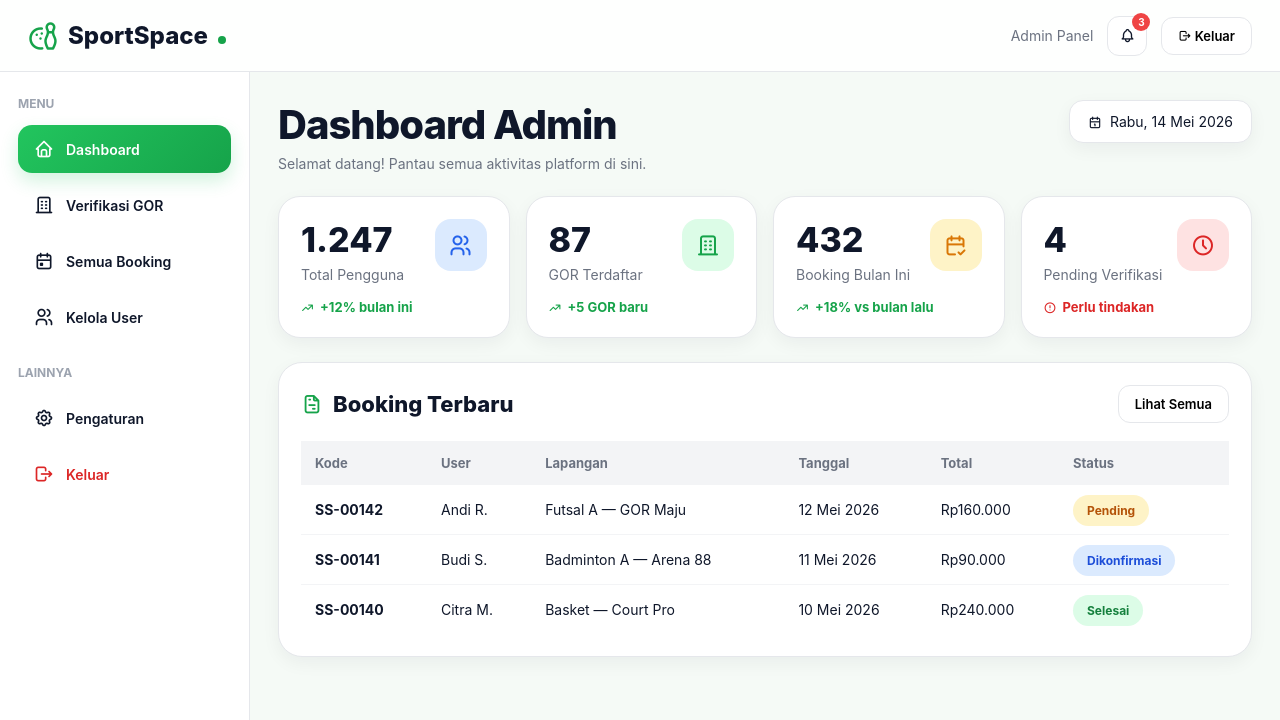
Repository: vira633/SportSpace
Page: dashboard-admin.html
These files come from the project's save history. The page is drawn as it stood at one moment and after the next save; the edit follows.
The browser window is 1280 px wide. The pictures show the whole page.
Some web libraries are served in a nearby version.

Above is the page before, as saved 2026-05-15 01:04:54.

### dashboard-admin.html
<!DOCTYPE html>
<html lang="id">
<head>
  <meta charset="UTF-8">
  <meta name="viewport" content="width=device-width, initial-scale=1.0">
  <title>Dashboard Admin — SportSpace</title>
  <link rel="stylesheet" href="admin.css">
  <link rel="stylesheet" href="https://cdn.jsdelivr.net/npm/@tabler/icons-webfont@3.31.0/dist/tabler-icons.min.css">
</head>

<body>

  <!-- TOAST NOTIFICATION -->
  <div id="toast" class="toast">
    <i class="ti ti-circle-check"></i>
    <span id="toastText">Berhasil!</span>
  </div>

  <!-- MODAL DETAIL USER -->
  <div class="modal-overlay" id="detailModal">
    <div class="detail-modal">
      <div class="modal-header">
        <h2>Detail User</h2>
        <button class="close-btn"
        onclick="closeDetailModal()">
          <i class="ti ti-x"></i>
        </button>

      </div>
      <div class="detail-content">
        <div class="detail-avatar">
          A
        </div>
        <h3>Riska Aprilia</h3>

        <p class="detail-role">
          User SportSpace
        </p>

        <div class="detail-list">
          <div class="detail-item">
            <span>Email</span>
            <strong>riska@gmail.com</strong>
          </div>

          <div class="detail-item">
            <span>No HP</span>
            <strong>0812-3456-7890</strong>
          </div>

          <div class="detail-item">
            <span>Status</span>
            <strong>Aktif</strong>
          </div>

          <div class="detail-item">
            <span>Bergabung</span>
            <strong>Januari 2026</strong>
          </div>
        </div>
      </div>
    </div>
  </div>

  <!-- NAVBAR -->
  <nav class="navbar">
    <a href="index.html" class="navbar-brand">
      <i class="ti ti-bowling"></i>
      <span>SportSpace</span>
      <div class="dot"></div>
    </a>

    <div class="navbar-actions">
      <span class="admin-text">
        Admin Panel
      </span>
      <div class="notif-container">

  <div class="notif" onclick="toggleNotif()">
    <i class="ti ti-bell"></i>
    <div class="notif-badge" id="notifBadge">
      3
    </div>
  </div>

  <div class="notif-dropdown"
  id="notifDropdown">

    <div class="notif-item">
      <i class="ti ti-building"></i>
      <span>
        GOR baru menunggu verifikasi
      </span>
    </div>

    <div class="notif-item">
      <i class="ti ti-calendar-event"></i>
      <span>
        Booking baru berhasil masuk
      </span>
    </div>

    <div class="notif-item">
      <i class="ti ti-users"></i>
      <span>
        Ada user baru terdaftar
      </span>
    </div>
  </div>
</div>

<a href="login.html">
  <button class="btn btn-outline btn-sm">
     <i class="ti ti-logout"></i>
     Keluar
    </button>
  </a>
 </div>
</nav>

  <!-- LAYOUT -->
   <div class="dashboard-layout">

    <!-- SIDEBAR -->
    <aside class="sidebar">
      <div>

        <div class="sidebar-section">
          MENU
        </div>

        <div class="sidebar-menu">

          <div class="sidebar-item active" onclick="showSection('dashboard', this)">
            <i class="ti ti-home"></i>
            <span>Dashboard</span>
          </div>

          <div class="sidebar-item"
          onclick="showSection('venue', this)">
            <i class="ti ti-building"></i>
            <span>Verifikasi GOR</span>
          </div>

          <div class="sidebar-item"
          onclick="showSection('booking', this)">
            <i class="ti ti-calendar-event"></i>
            <span>Semua Booking</span>
          </div>

          <div class="sidebar-item"
          onclick="showSection('user', this)">
            <i class="ti ti-users"></i>
            <span>Kelola User</span>
          </div>
        </div>

        <div class="sidebar-section extra">
          LAINNYA
        </div>

        <div class="sidebar-menu">

          <div class="sidebar-item"
          onclick="showSection('setting', this)">
            <i class="ti ti-settings"></i>
            <span>Pengaturan</span>
          </div>

          <a href="login.html" class="logout-link">
            <div class="sidebar-item logout">
              <i class="ti ti-logout"></i>
              <span>Keluar</span>
            </div>
          </a>
        </div>
      </div>
    </aside>

    <!-- CONTENT -->
    <main class="dashboard-content">

      <!-- DASHBOARD -->
      <section id="section-dashboard">
        <div class="top-header">
          <div>
            <h1 class="page-title">
              Dashboard Admin
            </h1>

            <p class="page-sub">
              Selamat datang! Pantau semua aktivitas platform di sini.
            </p>
          </div>

          <div class="date-card">
            <i class="ti ti-calendar"></i>
            Rabu, 14 Mei 2026
          </div>
        </div>

        <!-- STATS -->
        <div class="stats-grid">
          <div class="stat-card">
            <div class="stat-top">
              <div>
                <div class="stat-value">
                  1.247
                </div>

                <div class="stat-label">
                  Total Pengguna
                </div>
              </div>

              <div class="stat-icon blue-bg">
                <i class="ti ti-users"></i>
              </div>
            </div>

            <div class="stat-change stat-up">
              <i class="ti ti-trending-up"></i>
              +12% bulan ini
            </div>
          </div>

          <div class="stat-card">
            <div class="stat-top">
              <div>
                <div class="stat-value">
                  87
                </div>

                <div class="stat-label">
                  GOR Terdaftar
                </div>
              </div>

              <div class="stat-icon green-bg">
                <i class="ti ti-building"></i>
              </div>
            </div>

            <div class="stat-change stat-up">
              <i class="ti ti-trending-up"></i>
              +5 GOR baru
            </div>
          </div>

          <div class="stat-card">
            <div class="stat-top">
              <div>

                <div class="stat-value">
                  432
                </div>

                <div class="stat-label">
                  Booking Bulan Ini
                </div>
              </div>

              <div class="stat-icon amber-bg">
                <i class="ti ti-calendar-check"></i>
              </div>
            </div>

            <div class="stat-change stat-up">
              <i class="ti ti-trending-up"></i>
              +18% vs bulan lalu
            </div>
          </div>

          <div class="stat-card">
            <div class="stat-top">
              <div>

                <div class="stat-value">
                  4
                </div>

                <div class="stat-label">
                  Pending Verifikasi
                </div>
              </div>

              <div class="stat-icon red-bg">
                <i class="ti ti-clock"></i>
              </div>
            </div>

            <div class="stat-change danger">
              <i class="ti ti-alert-circle"></i>
              Perlu tindakan
            </div>
          </div>
        </div>

        <!-- BOOKING TERBARU -->
        <div class="card">
          <div class="card-header">
            <div class="card-title">
              <i class="ti ti-file-invoice"></i>
              Booking Terbaru
            </div>

            <button class="btn btn-outline btn-sm"
            onclick="openBookingSection()">
              Lihat Semua
            </button>
          </div>

          <div class="table-wrapper">
            <table class="table">
              <thead>
                <tr>
                  <th>Kode</th>
                  <th>User</th>
                  <th>Lapangan</th>
                  <th>Tanggal</th>
                  <th>Total</th>
                  <th>Status</th>
                </tr>
              </thead>
              <tbody>

                <tr>
                  <td><strong>SS-00142</strong></td>
                  <td>Andi R.</td>
                  <td>Futsal A — GOR Maju</td>
                  <td>12 Mei 2026</td>
                  <td>Rp160.000</td>
                  <td><span class="badge badge-amber">Pending</span></td>
                </tr>

                <tr>
                  <td><strong>SS-00141</strong></td>
                  <td>Budi S.</td>
                  <td>Badminton A — Arena 88</td>
                  <td>11 Mei 2026</td>
                  <td>Rp90.000</td>
                  <td><span class="badge badge-blue">Dikonfirmasi</span></td>
                </tr>

                <tr>
                  <td><strong>SS-00140</strong></td>
                  <td>Citra M.</td>
                  <td>Basket — Court Pro</td>
                  <td>10 Mei 2026</td>
                  <td>Rp240.000</td>
                  <td><span class="badge badge-green">Selesai</span></td>
                </tr>
              </tbody>
            </table>
          </div>
        </div>
      </section>

      <!-- VERIFIKASI -->
      <section id="section-venue" class="hidden">
        <div class="top-header">
          <div>
            <h1 class="page-title">
              Verifikasi GOR
            </h1>
            <p class="page-sub">
              Kelola dan verifikasi GOR baru sebelum tampil di platform.
            </p>
          </div>
        </div>
        <div class="venue-grid">
          <div class="venue-card">
            <div class="venue-top">
              <div class="venue-icon">
                <i class="ti ti-building-stadium"></i>
              </div>
              <span class="badge badge-amber">
                Pending
              </span>
            </div>

            <h3 class="venue-title">
              GOR Sejahtera Mandiri
            </h3>

            <div class="venue-location">
              <i class="ti ti-map-pin"></i>
              Sleman, Yogyakarta
            </div>

            <div class="venue-info-list">

              <div>
                <i class="ti ti-user"></i>
                Pemilik: Bapak Hendra
              </div>

              <div>
                <i class="ti ti-calendar"></i>
                Daftar: 09 Mei 2026
              </div>

              <div>
                <i class="ti ti-ball-football"></i>
                Futsal & Badminton
              </div>
            </div>

            <div class="venue-actions">

              <button class="btn btn-primary btn-sm"
              onclick="showToast('GOR berhasil diterima!')">
                Terima
              </button>

              <button class="btn btn-outline btn-sm reject-btn"
              onclick="showToast('GOR berhasil ditolak!')">
                Tolak
              </button>
            </div>
          </div>
        </div>
      </section>

      <!-- BOOKING -->
      <section id="section-booking" class="hidden">
        <div class="top-header">
          <div>

            <h1 class="page-title">
              Semua Booking
            </h1>

            <p class="page-sub">
              Pantau seluruh transaksi booking pengguna SportSpace.
            </p>
          </div>
        </div>

        <div class="card">
          <div class="card-header">
            <div class="card-title">
              <i class="ti ti-receipt"></i>
              Data Booking
            </div>
          </div>
          <div class="table-wrapper">
            <table class="table">
              <thead>
                <tr>
                  <th>Kode</th>
                  <th>User</th>
                  <th>Lapangan</th>
                  <th>Tanggal</th>
                  <th>Jam</th>
                  <th>Total</th>
                  <th>Status</th>
                </tr>
              </thead>
              <tbody>

                <tr>
                  <td><strong>SS-00142</strong></td>
                  <td>Andi R.</td>
                  <td>Futsal A</td>
                  <td>12 Mei 2026</td>
                  <td>13.00 - 15.00</td>
                  <td>Rp160.000</td>
                  <td><span class="badge badge-amber">Pending</span></td>
                </tr>

                <tr>
                  <td><strong>SS-00141</strong></td>
                  <td>Budi S.</td>
                  <td>Badminton A</td>
                  <td>11 Mei 2026</td>
                  <td>09.00 - 11.00</td>
                  <td>Rp90.000</td>
                  <td><span class="badge badge-blue">Dikonfirmasi</span></td>
                </tr>
              </tbody>
            </table>
          </div>
        </div>
      </section>

      <!-- USER -->
      <section id="section-user" class="hidden">
        <div class="top-header">
          <div>
            <h1 class="page-title">
              Kelola User
            </h1>

            <p class="page-sub">
              Pantau akun pengguna dan owner yang terdaftar.
            </p>
          </div>
        </div>

        <div class="user-grid">
          <div class="user-card">
            <div class="user-top">
              <div class="user-avatar">
                A
              </div>

              <span class="badge badge-blue">
                User
              </span>
            </div>

            <h3 class="user-name">
              Riska Aprilia
            </h3>

            <div class="user-email">
              riska@gmail.com
            </div>

            <div class="user-role">
              Bergabung sejak Januari 2026
            </div>

            <div class="user-actions">

              <button class="btn btn-outline btn-sm"
              onclick="openDetailModal()">
                Detail
              </button>

              <button class="btn btn-outline btn-sm reject-btn"
              onclick="showToast('User berhasil diblokir!')">
                Ban
              </button>
            </div>
          </div>
        </div>
      </section>

      <!-- SETTING -->
      <section id="section-setting" class="hidden">
        <div class="top-header">
          <div>

            <h1 class="page-title">
              Pengaturan
            </h1>

            <p class="page-sub">
              Atur konfigurasi utama platform SportSpace.
            </p>
          </div>
        </div>

        <div class="setting-grid">
          <div class="setting-card">
            <h3>
              Pengaturan Platform
            </h3>

            <div class="form-group">

              <label>
                Nama Platform
              </label>

              <input type="text"
              value="SportSpace">
            </div>

            <div class="form-group">
              <label>
                Email Admin
              </label>
              <input type="email"
              value="admin@sportspace.com">
            </div>

            <button class="btn btn-primary btn-sm"
            onclick="showToast('Perubahan berhasil disimpan!')">
              Simpan Perubahan
            </button>
          </div>
        </div>
      </section>
    </main>
  </div>

  <script>
    function showSection(name, item){
      document
      .querySelectorAll('[id^="section-"]')
      .forEach(section => {
        section.classList.add('hidden');
      });

      document
      .getElementById('section-' + name)
      .classList.remove('hidden');

      document
      .querySelectorAll('.sidebar-item')
      .forEach(menu => {
        menu.classList.remove('active');
      });

      item.classList.add('active');
    }

    function openBookingSection(){
      document
      .querySelectorAll('[id^="section-"]')
      .forEach(section => {
        section.classList.add('hidden');
      });

      document
      .getElementById('section-booking')
      .classList.remove('hidden');

      document
      .querySelectorAll('.sidebar-item')
      .forEach(menu => {
        menu.classList.remove('active');
      });

      document
      .querySelectorAll('.sidebar-item')[2]
      .classList.add('active');
    }

    function toggleProfileMenu(){
      const dropdown =
      document.getElementById('profileDropdown');

      dropdown.classList.toggle('active');
    }

    function showToast(message){
      const toast =
      document.getElementById('toast');

      const toastText =
      document.getElementById('toastText');

      toastText.innerText = message;

      toast.classList.add('show');

      setTimeout(() => {
        toast.classList.remove('show');
      }, 3000);
    }

    function openDetailModal(){
      document
      .getElementById('detailModal')
      .classList.add('active');
    }

    function closeDetailModal(){
      document
      .getElementById('detailModal')
      .classList.remove('active');
    }

    function toggleNotif(){
      const dropdown =
      document.getElementById('notifDropdown');

      const badge =
      document.getElementById('notifBadge');

      dropdown.classList.toggle('active');

      if(dropdown.classList.contains('active')){
         badge.style.display = 'none';
  }
}

window.addEventListener('click', function(e){
  if(
    !e.target.closest('.notif-container')
  ){
    const notif =
    document.getElementById('notifDropdown');

    if(notif){
      notif.classList.remove('active');
    }
  }
}
);
  </script>
</body>
</html>

Loaded but not shown: admin.css (977 lines, source omitted)

After the next save:
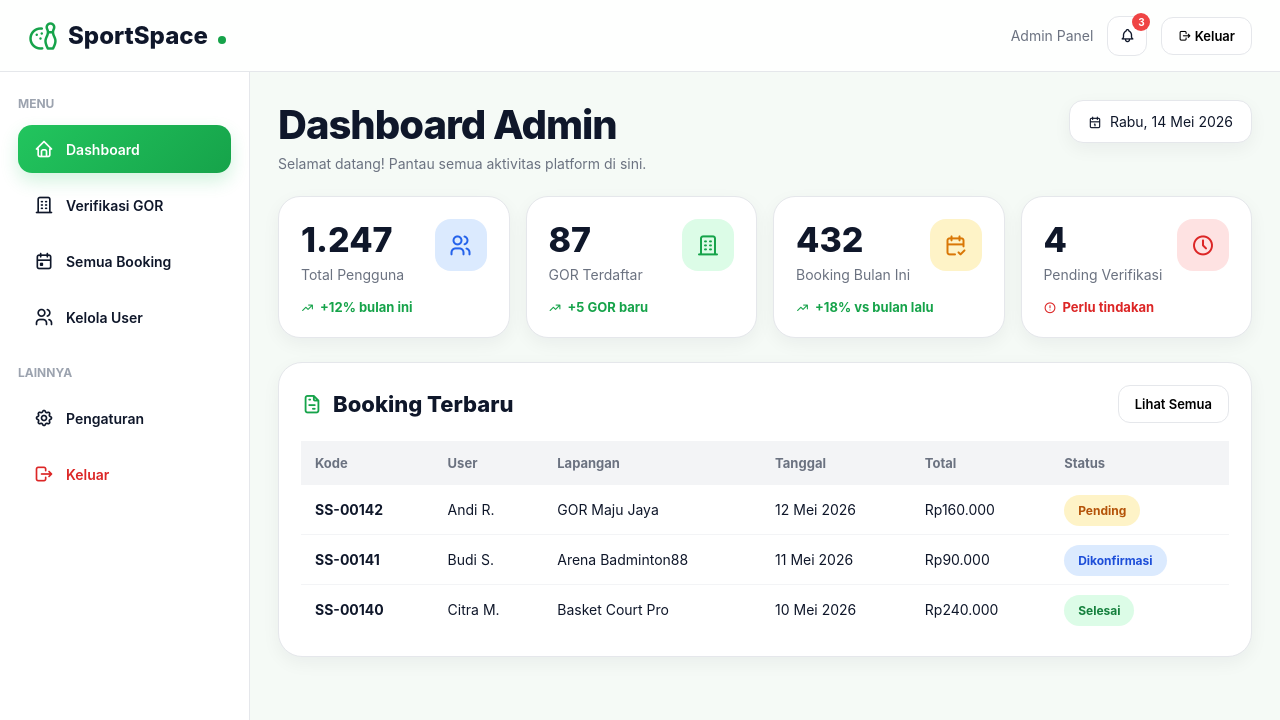
Saved 2 min 30 s later.
--- a/dashboard-admin.html
+++ b/dashboard-admin.html
@@ -327,7 +327,7 @@
                 <tr>
                   <td><strong>SS-00142</strong></td>
                   <td>Andi R.</td>
-                  <td>Futsal A — GOR Maju</td>
+                  <td>GOR Maju Jaya</td>
                   <td>12 Mei 2026</td>
                   <td>Rp160.000</td>
                   <td><span class="badge badge-amber">Pending</span></td>
@@ -336,7 +336,7 @@
                 <tr>
                   <td><strong>SS-00141</strong></td>
                   <td>Budi S.</td>
-                  <td>Badminton A — Arena 88</td>
+                  <td>Arena Badminton88</td>
                   <td>11 Mei 2026</td>
                   <td>Rp90.000</td>
                   <td><span class="badge badge-blue">Dikonfirmasi</span></td>
@@ -345,7 +345,7 @@
                 <tr>
                   <td><strong>SS-00140</strong></td>
                   <td>Citra M.</td>
-                  <td>Basket — Court Pro</td>
+                  <td>Basket Court Pro</td>
                   <td>10 Mei 2026</td>
                   <td>Rp240.000</td>
                   <td><span class="badge badge-green">Selesai</span></td>
